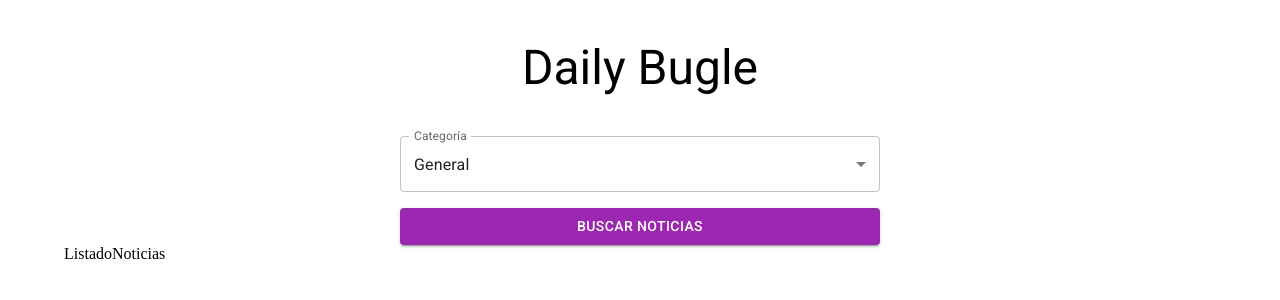
Repository: CarlosCamposRodriguez99/noticiasApp
Page: /
An editor plug-in stored every save of this project. The page is shown before and after the next save, followed by the edit.
The browser window is 1280 px wide. The pictures show the whole page.
The page's requests for data from a server got no answer. Some web fonts or font styles are not loaded; a fallback is used. The project was rebuilt for these pictures with package versions that can differ from the ones it lists, and the page was loaded fresh each time. No one was signed in, and anything a server would have sent is missing. Also part of the build but not shown: vite.config.js.

Above is the page before, as saved 2022-06-07 20:31:56.

### index.html
<!DOCTYPE html>
<html lang="en">
  <head>
    <meta charset="UTF-8" />
    <link rel="icon" type="image/svg+xml" href="/src/favicon.svg" />
    <meta name="viewport" content="width=device-width, initial-scale=1.0" />
    <title>Buscador de Noticias</title>
    <link rel="preconnect" href="https://fonts.googleapis.com">
    <link rel="preconnect" href="https://fonts.gstatic.com" crossorigin>
    <link href="https://fonts.googleapis.com/css2?family=Joan&family=Roboto:wght@300;400;500;700&display=swap" rel="stylesheet">
  </head>
  <body>
    <div id="root"></div>
    <script type="module" src="/src/main.jsx"></script>
  </body>
</html>

### src/App.jsx
import { Container, Grid, Typography } from '@mui/material';
import Formulario from './components/Formulario';
import ListadoNoticias from './components/ListadoNoticias';
import { NoticiasProvider } from './context/NoticiasProvider';

function App() {

  return (
    <NoticiasProvider>
      <Container>
          <header>
            <Typography
              align="center"
              marginY={5}
              component='h1'
              variant='h3'
            >
              Daily Bugle
            </Typography>
          </header>

        <Grid
          container
          direction='row'
          justifyContent='center'
          alignItems='center'
        >
          <Grid item md={6} xs={12} lg={5}>
            <Formulario />

          </Grid>
        </Grid>

        <ListadoNoticias/>

      </Container>
    </NoticiasProvider>
  )
}

export default App

### src/components/Formulario.jsx
import { FormControl, InputLabel, Select, MenuItem, Button, Box} from '@mui/material';
import useNoticias from '../context/useNoticias';

const CATEGORIAS = [
  { value: 'general', label: 'General'},
  { value: 'business', label: 'Negocios'},
  { value: 'entertainment', label: 'Entretenimiento'},
  { value: 'health', label: 'Salud'},
  { value: 'science', label: 'Ciencia'},
  { value: 'sports', label: 'Deportes'},
  { value: 'technology', label: 'Tecnología'},
]

const Formulario = () => {

  const {categoria, handleChangeCategoria} = useNoticias();

  return (
    <form>
      <FormControl fullWidth>
        <InputLabel>Categoría</InputLabel>
        <Select
          label="categoria"
          onChange={handleChangeCategoria}
          value={categoria}
        >
          {CATEGORIAS.map(categoria => (
            <MenuItem
              key={categoria.value}
              value={categoria.value}
            >
              {categoria.label}
            </MenuItem>
          ))}

        </Select>

        <Box
          sx={{marginTop: 2}}
        >
          <Button
            fullWidth
            variant='contained'
            color='secondary'
          >
            Buscar Noticias
          </Button>
        </Box>

      </FormControl>
    </form>
  )
}

export default Formulario

### src/components/ListadoNoticias.jsx
import Grid from '@mui/material/Grid';
import Typography from '@mui/material/Typography';

const ListadoNoticias = () => {
  return (
    <>
      ListadoNoticias
    </>
  )
}

export default ListadoNoticias;

### src/context/NoticiasProvider.jsx
import { useState, useEffect, createContext }from 'react';
import axios from 'axios';


const NoticiasContext = createContext()

const NoticiasProvider = ({children}) => {

  const [categoria, setCategoria] = useState('general');
  const [noticias, setNoticias] = useState([]);

  const handleChangeCategoria = e => {
    setCategoria(e.target.value)
  }

  useEffect(() => {
    const consultarAPI = async () => {
      const url = `https://newsapi.org/v2/top-headlines?country=mx&category=${categoria}&apiKey=${import.meta.env.VITE_API_KEY}`;

      const { data } = await axios(url);

      setNoticias(data.articles);

    }
    consultarAPI();

  }, [categoria])


  return (
    <NoticiasContext.Provider
      value={{
        categoria,
        handleChangeCategoria

      }}
    >
        {children}

    </NoticiasContext.Provider>
  )
}

export {
  NoticiasProvider
}

export default NoticiasContext;

### src/context/useNoticias.jsx
import { useContext }from 'react';
import NoticiasContext from '../context/NoticiasProvider';

const useNoticias = () => {
  return useContext(NoticiasContext)
}

export default useNoticias;

Loaded but not shown: src/main.jsx (common file)

After the next save:
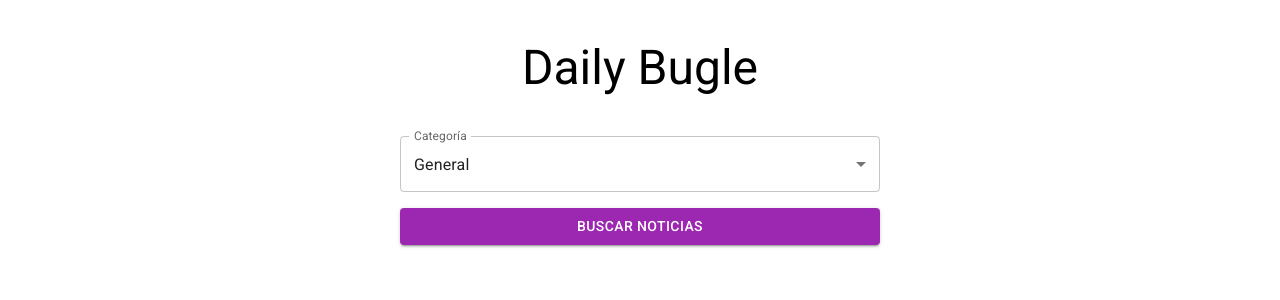
Saved 6 s later.
--- a/src/components/ListadoNoticias.jsx
+++ b/src/components/ListadoNoticias.jsx
@@ -4,7 +4,6 @@
 const ListadoNoticias = () => {
   return (
     <>
-      ListadoNoticias
     </>
   )
 }
